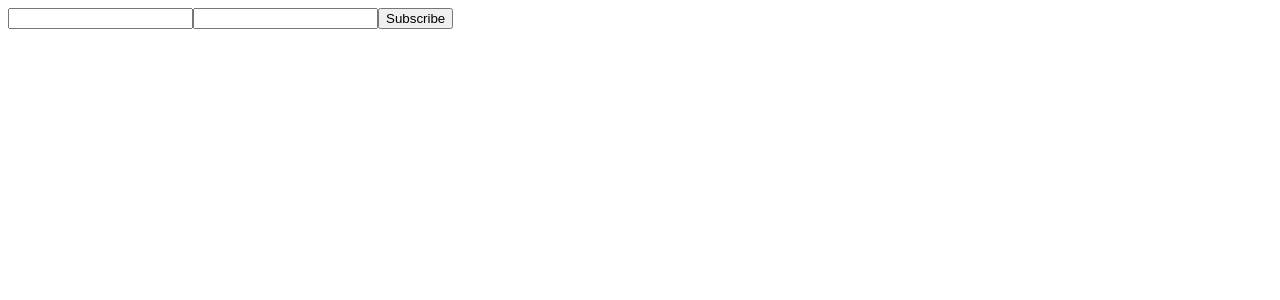
Repository: dinhhaidh/slider-book
Page: index.html
The author's editor kept a copy of each file at every save. The page is drawn from the files as they stood at one save, then again after a run of saves.
The browser window is 1280 px wide. The pictures show the whole page.

Above is the page before, as saved 2024-01-15 10:26:09.

After the next 4 saves:
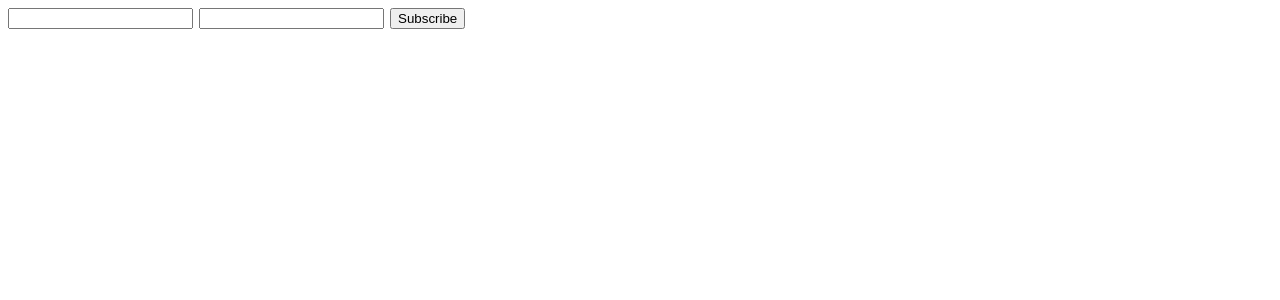
The 4 saves are shown as one change because they came seconds apart.
The last was saved 23 s later.
--- a/index.html
+++ b/index.html
@@ -9,7 +9,9 @@
     form{
         display: flex;
         flex-wrap: wrap;
+        gap: 6px;
     }
+
 </style>
 <body>
     <form action="">
